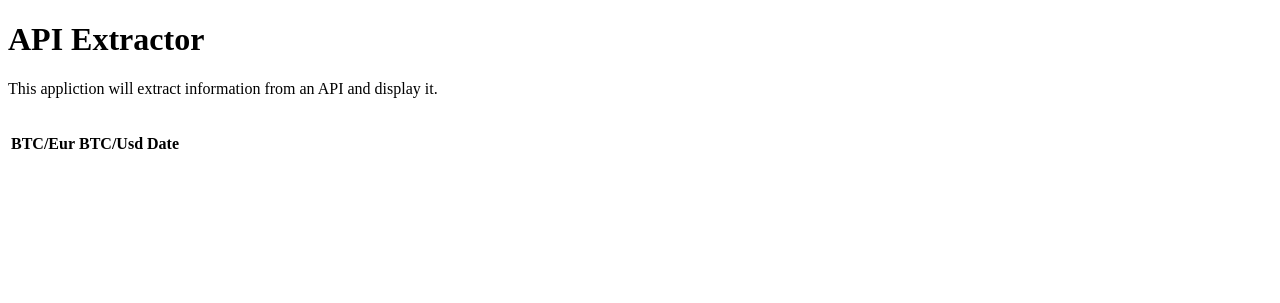
Repository: vxyux/api-extraction
Page: index.html
These files come from the project's save history. The page is drawn as it stood at one moment and after the next save; the edit follows.
The browser window is 1280 px wide. The pictures show the whole page.
The page's requests for data from a server got no answer.

Above is the page before, as saved 2023-09-05 10:33:11.

After the next save:
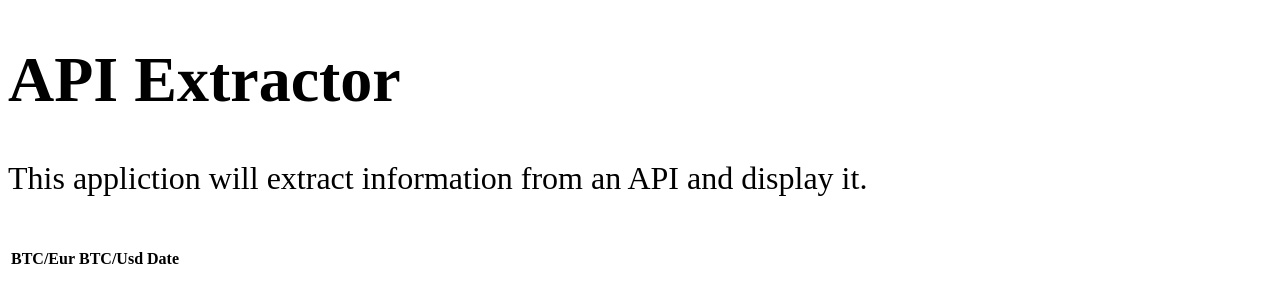
Saved 7 s later.
--- a/stylesheet.css
+++ b/stylesheet.css
@@ -1,4 +1,4 @@
-.centered {
+.center {
   align-items: center;
   font-size: 200%;
 }
